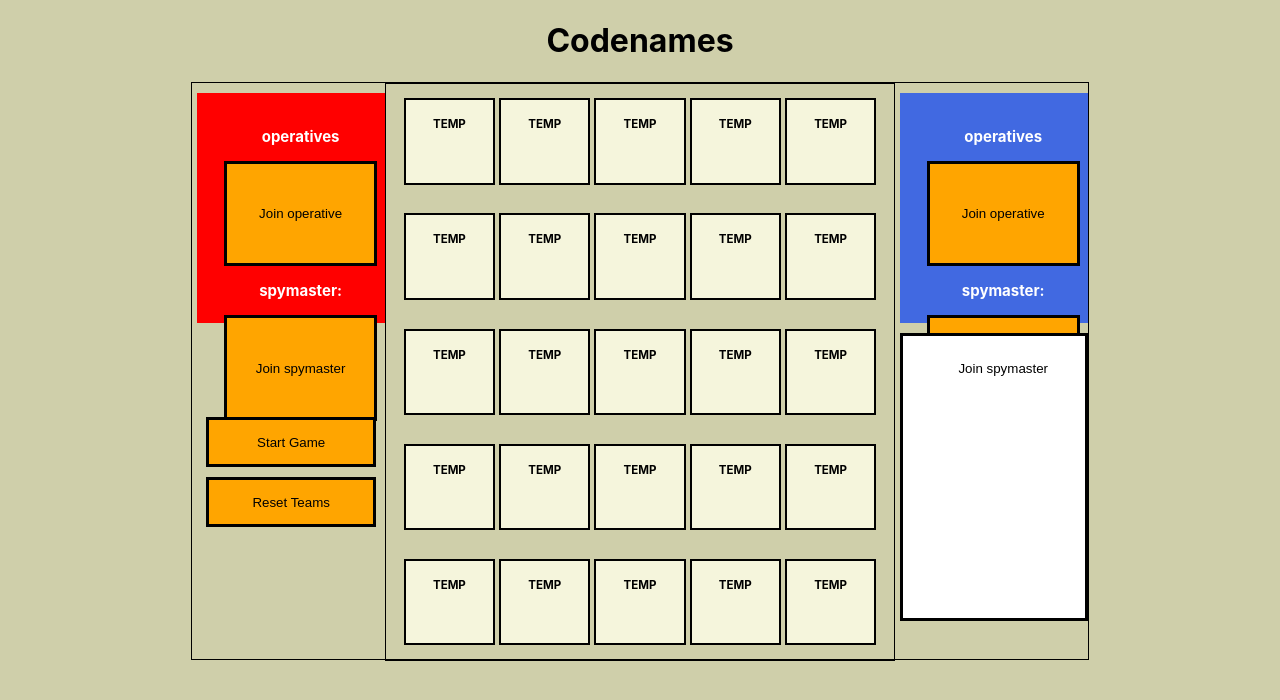
Repository: alcarrizo/Codenames-Fullstack
Page: / (app in client/)
These files come from the project's save history. The page is drawn as it stood at one moment and after the next save; the edit follows.
The browser window is 1280 px wide. The pictures show the whole page.
The project was rebuilt for these pictures with package versions that can differ from the ones it lists, and the page was loaded fresh each time. Imported but missing from the stored project, and not drawn on this page: client/src/reportWebVitals.

Above is the page before, as saved 2023-01-09 20:27:26.

### client/src/index.js
import React from 'react';
import ReactDOM from 'react-dom/client';
import './index.css';
import App from './App';
import reportWebVitals from './reportWebVitals';
import './css/styles.css'


const root = ReactDOM.createRoot(document.getElementById('root'));
root.render(
  <React.StrictMode>
    <App />
  </React.StrictMode>
);

// If you want to start measuring performance in your app, pass a function
// to log results (for example: reportWebVitals(console.log))
// or send to an analytics endpoint. Learn more: https://bit.ly/CRA-vitals
reportWebVitals();

### client/src/App.js
import logo from './logo.svg';
import './App.css';
import { useState, useEffect } from 'react';

const Wrapper = ({ cards }) => {
  return (
    <div className='wrapper'>
      <PlayerSide className="red" />
      <Board cards={cards} />
      <PlayerSide className="blue" />
      <div className='win-screen hide' id='win-screen'></div>
    </div>
  )
}

const Card = ({ word, className }) => {

  return (
    <div className={className}>
      {word === null ? 'temp' : word}
    </div>
  )
}
const PlayerSide = ({ className }) => {
  if (className === 'red') {
    return (
      <div className={className + "Side"}>
        <PlayerInfo className={className} />
        <div className='menu'>
          <Btn className='menuBtn' id="startBtn" name="Start Game" />
          <Btn className='menuBtn' id="resetBtn" name="Reset Teams" />
        </div>
      </div>
    )
  }
  else {
    return (
      <div className={className + "Side"}>
        <PlayerInfo className={className} />
        <div className='clue-log'></div>
        <Btn className='menuBtn hide' id="endTurn" name="End Turn" />
      </div>
    )
  }
}
const PlayerInfo = ({ className }) => {
  return (
    <div className={className + "Team"}>
      <p>operatives </p>
      <p id={className + '-operative-players'}></p>
      <Btn className="join-button" id={className + '-join-operative'} name="Join operative" />
      <p>spymaster: </p>
      <p id={className + '-spymaster-players'}></p>
      <Btn className="join-button" id={className + '-join-spymaster'} name="Join spymaster" />
      <p id={className + '-remaining-cards'}></p>
    </div>
  )

}

const Btn = (props) => {
  return (
    <button id={props.id} className={props.className}>{props.name}</button>
  )
}

const Board = ({ cards }) => {

  return (
    <div className='gameBoard'>
      {
        cards.map((card, id) =>
          <Card
            key={id}
            className="card"
            word={card} />
        )
      }

    </div>
  )
}

const App = () => {

  const [cards, setCards] = useState(Array(25).fill(null))


  return (
    <div className="App">
      <h1>Codenames</h1>

      <Wrapper cards={cards} />
      <div className='clue-area hide' id='clue-area'>
        <input className='clue-text' id='clue-text' type="text" />
        <div className="rangeDiv" id="rangeDiv">
          <input className="clue-range" id='clueRange' type="range" autoComplete='off' min="0" max="10" defaultValue="0" />
          <h3 className="range-number" id="rangeNumber">0</h3>
        </div>
        <Btn className="clue-submit" id="clue-submit" name="Give Clue" />
      </div>

    </div>
  );
}

export default App;

### client/src/css/styles.css
body {
    background-color: #cfcfaa;
}

body.red {
    background-color: #b44c2b;
}

body.blue {
    background-color: #4799b7;
}

.wrapper {
    position: relative;
    border: 0.05rem solid black;
    width: 70%;
    height: 80vh;
    display: flex;
    background: none;
    margin: 0 auto;

}

.gameBoard {
    display: flex;
    flex-wrap: wrap;
    justify-content: center;
    text-align: center;
    width: 35rem;
    height: 100%;
    /*   width: 500px;
    height: 500px; */
    /*width: 15rem;
    height: 15rem;
    */
    border: 0.05rem solid black;
    margin: auto;
}



.card {
    /* background-color: royalblue; */
    background-color: beige;
    box-sizing: border-box;
    /*width: 75px;
    height: 65px;
  */
    /*   width: 5.5rem;
    height: 5rem; */
    width: 18%;
    height: 15%;
    margin: auto 2px;
    border: 2px black solid;
    font-size: .9vw;
    padding-top: 17px;
    text-transform: uppercase;
    font-weight: bold;
    transition: none;
}

.card.blue {
    background-color: royalblue;

}

.card.red {
    background-color: #ff6000;
}

.card.black {
    background-color: black;
    color: white;

}

.card.beige {
    background-color: #b9b979;
}

.card.blue,
.card.red,
.card.black,
.card.beige {
    transition: background-color 1s;
}

.card.blue.picked,
.card.red.picked,
.card.black.picked,
.card.beige.picked {
    transition: opacity 1s;
    opacity: 50%;
}


.redSide,
.blueSide {
    color: white;
    height: 100%;
    width: 13rem;
    font-size: 15px;
    font-weight: bold;
    padding-left: 5px;
    padding-bottom: 10px;
    margin: 0 auto;
}

.blueTeam,
.redTeam {
    height: 40%;
    margin-top: 10px;
    padding-left: 10%;
    padding-top: 10%;
    box-sizing: border-box;
}

.redTeam {
    background-color: red;

}

.blueTeam {
    background-color: royalblue;

}

.blueSide {
    height: 100%;
}

.join-button {
    display: block;
    width: 90%;
    height: 50%;
    margin: 0 auto;
    background-color: orange;
    border: black solid 3px;
    margin-bottom: 10px;
}

.join-button.hide {
    display: none;
}

.menuBtn {
    display: block;
    width: 90%;
    height: 50px;
    margin: 0 auto;
    background-color: orange;
    border: black solid 3px;
    margin-bottom: 10px;


}

.menuBtn.hide {
    display: none;
}

.menu {
    display: block;
    width: 100%;
    margin-top: 50%;
}

.clue-log {
    color: black;
    width: 100%;
    height: 50%;
    margin-top: 10px;
    padding-left: 10px;
    background-color: white;
    box-sizing: border-box;
    border: black solid 3px;
    overflow-y: auto;
    line-height: 1.5;
}

.rangeDiv {
    display: inline-block;
    text-align: center;

}

.rangeDiv h3 {
    margin: 0;
    display: inline-block;
}

.clue-area {
    margin: 10px auto 0;
    width: 400px;
    height: 50px;
    margin-bottom: 15px;
}

.clue-area.hide {
    display: none;
}

.clue-submit {
    display: block;
    margin: 10px auto 0;
}

.win-screen {
    box-sizing: border-box;
    position: absolute;
    width: 30%;
    height: 30%;
    background-color: orange;
    top: 35%;
    left: 35%;
    text-align: center;
    font-size: 35px;
    line-height: 170px;
    font-weight: 800;
    border: black solid 3px;

}

.win-screen.hide {
    display: none;
}

Loaded but not shown: client/public/index.html (common file); client/src/index.css (common file); client/src/App.css (common file)

After the next save:
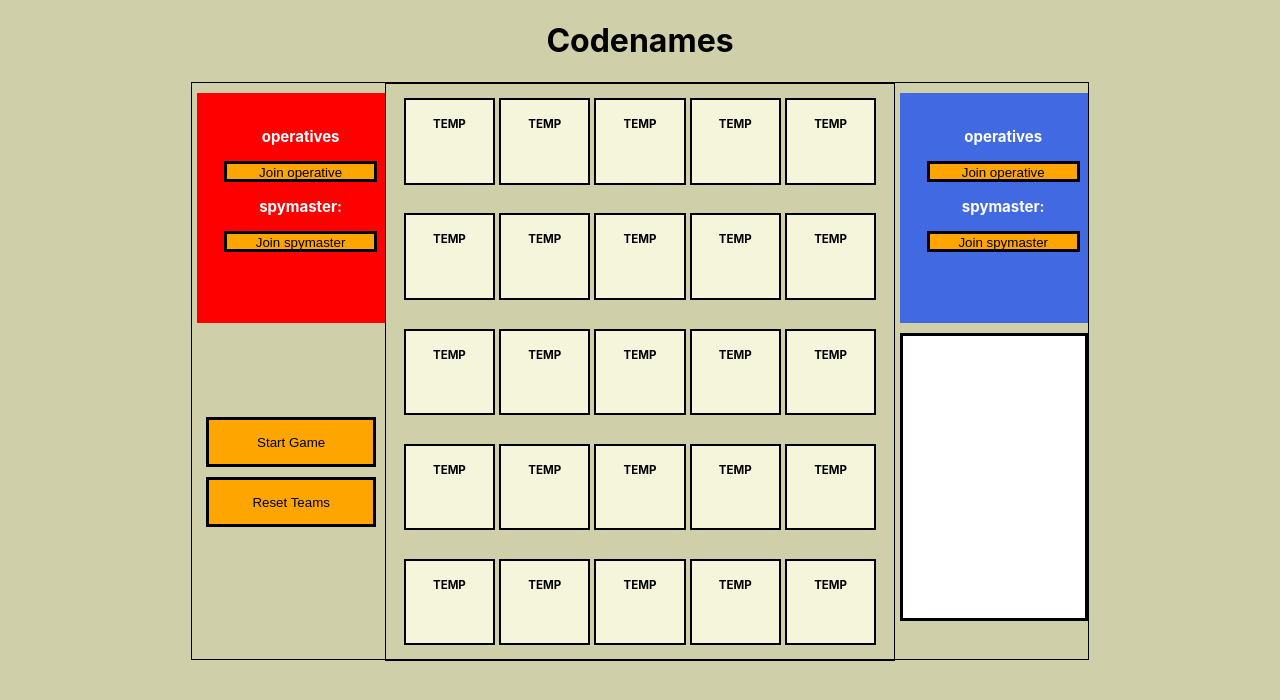
Saved 4 s later.
--- a/client/src/css/styles.css
+++ b/client/src/css/styles.css
@@ -132,7 +132,7 @@ body.blue {
 .join-button {
     display: block;
     width: 90%;
-    height: 50%;
+    height: 10%;
     margin: 0 auto;
     background-color: orange;
     border: black solid 3px;
